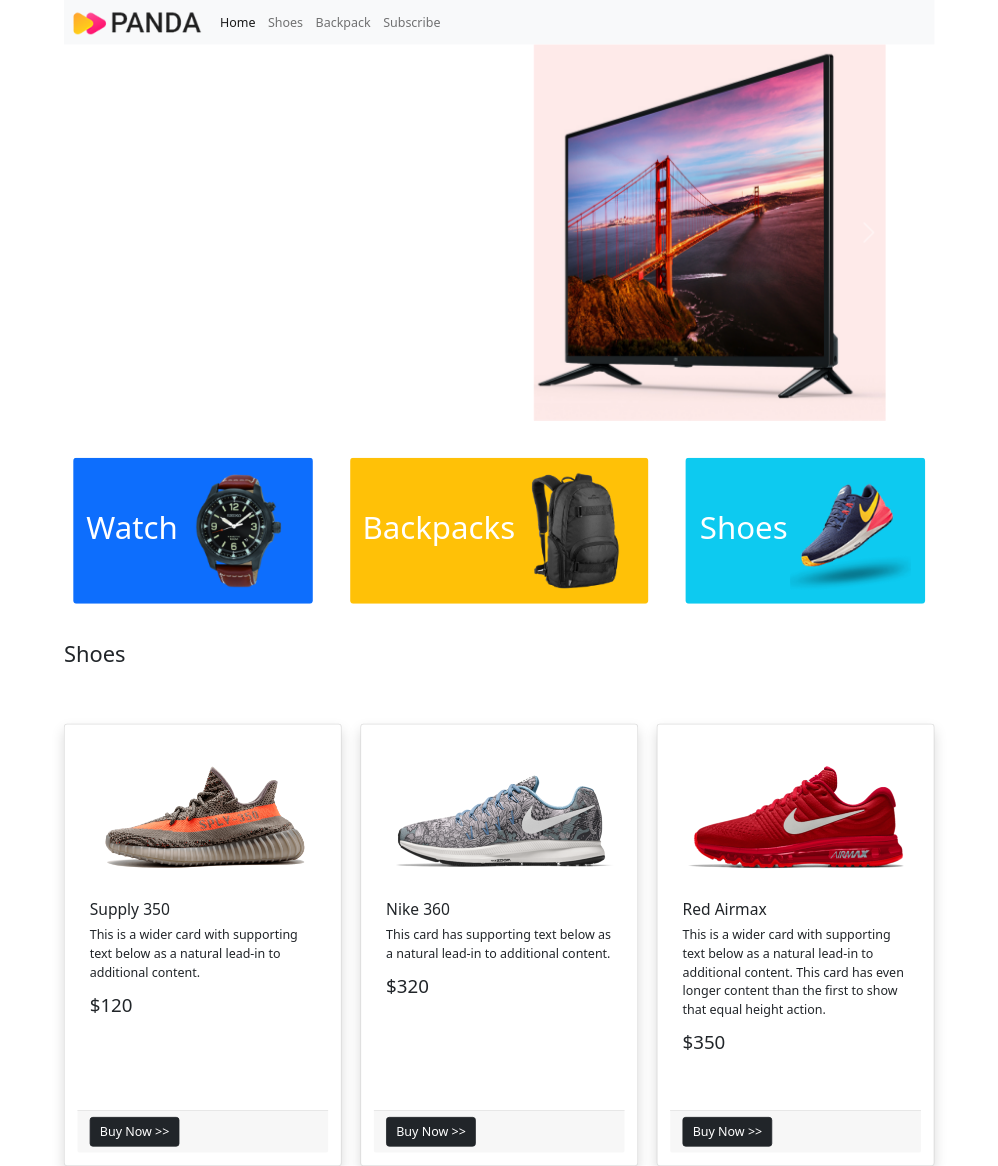
Repository: omarhasnain/panda-commerce-bootstrap
Page: index.html
These files come from the project's save history. The page is drawn as it stood at one moment and after the next save; the edit follows.
The browser window is 1280 px wide. The pictures show the whole page, at 78% of full size.

Above is the page before, as saved 2021-01-14 17:10:03.

After the next save:
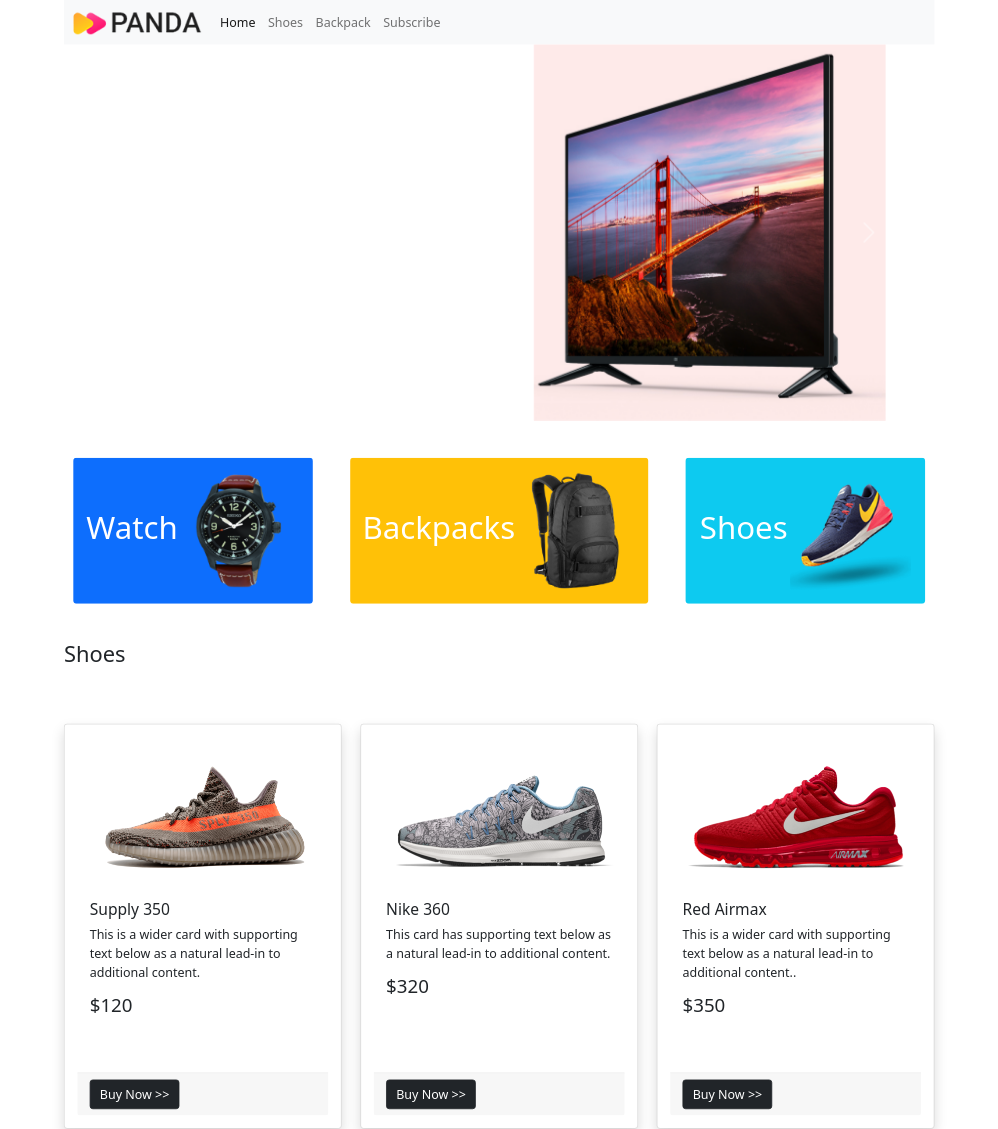
Saved 10 s later.
--- a/index.html
+++ b/index.html
@@ -133,7 +133,7 @@
                     <img src="images/shoes/shoe-3.png" class="card-img-top" alt="...">
                     <div class="card-body">
                       <h5 class="card-title">Red Airmax</h5>
-                      <p class="card-text">This is a wider card with supporting text below as a natural lead-in to additional content. This card has even longer content than the first to show that equal height action.</p>
+                      <p class="card-text">This is a wider card with supporting text below as a natural lead-in to additional content..</p>
                       <h4>$350</h4>
                     </div>
                     <div class="card-footer">
